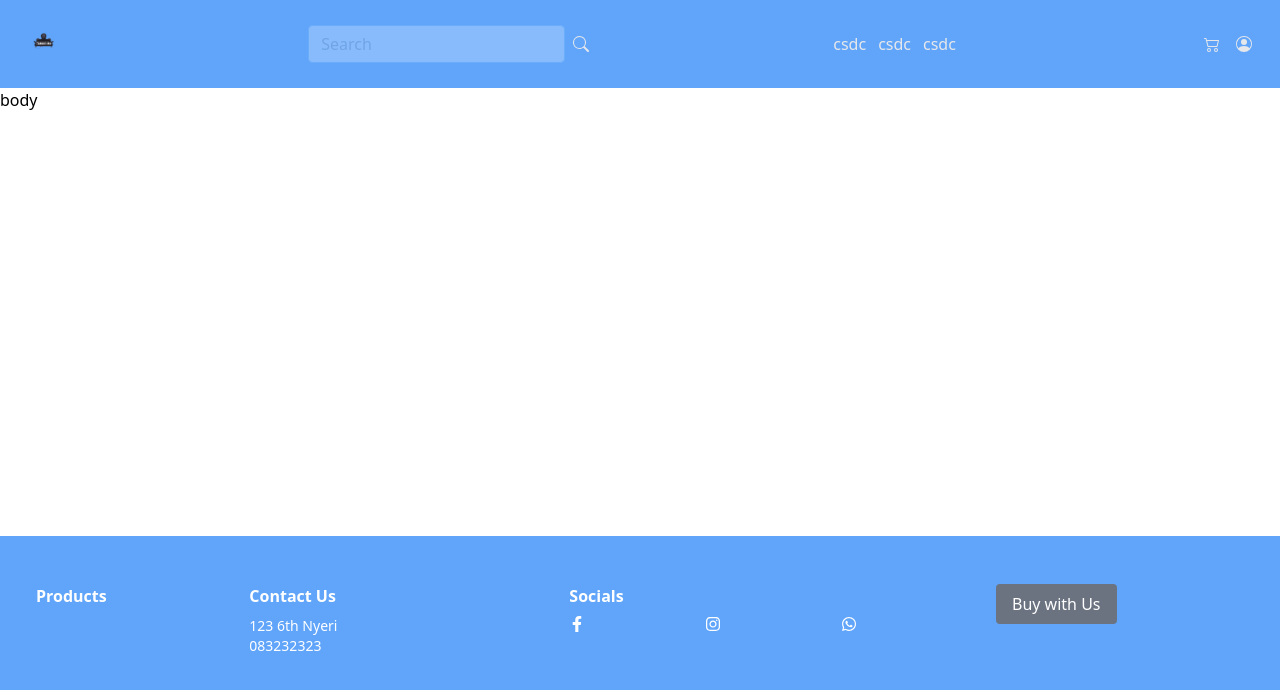
Repository: DevLaukey/Jitu-final
Page: / (app in frontend/)
These files come from the project's save history. The page is drawn as it stood at one moment and after the next save; the edit follows.
The browser window is 1280 px wide. The pictures show the whole page.
The project was rebuilt for these pictures with package versions that can differ from the ones it lists, and the page was loaded fresh each time.

Above is the page before, as saved 2022-07-13 14:34:56.

### frontend/src/index.js
import React from 'react';
import ReactDOM from 'react-dom/client';
import './index.css';
import App from './App';
import {store } from './redux/store';
import {Provider} from 'react-redux';
const root = ReactDOM.createRoot(document.getElementById('root'));
root.render(
  <Provider store={store}>
    <App />
  </Provider>
);

### frontend/src/App.js
import Footer from "./components/Footer";
import Navbar from "./components/Navbar";

function App() {
  return (
    <div className="">
      <Navbar />
      body
      <Footer />
    </div>
  );
}

export default App;

### frontend/src/components/Footer.js
import React from "react";
import { FaFacebookF, FaInstagram, FaWhatsapp } from "react-icons/fa";

function Footer() {
  return (
    <footer class="footer-1 fixed w-full bottom-0 text-white bg-blue-400 py-5 sm:py-12">
        <div class="sm:flex w-full mx-5 justify-between ">
          <div class="sm:w-full px-4 md:w-1/6">
            <strong>Products</strong>
          </div>
          <div class="px-4 sm:w-1/2 md:w-1/4 mt-4 md:mt-0">
            <h6 class="font-bold mb-2">Contact Us</h6>
            <address class="not-italic mb-4 text-sm">
              123 6th Nyeri
              <br />
              083232323
            </address>
          </div>
          <div class="px-4 sm:w-1/2 md:w-1/4 mt-4 md:mt-0">
            <h6 class="font-bold mb-2">Socials</h6>
                      <ul className="flex justify-between">
                          <li><FaFacebookF /></li>
                          <li><FaInstagram /></li>
                          <li><FaWhatsapp /></li>
            </ul>
          </div>
          <div class="px-4 md:w-1/4 md:ml-auto mt-6 sm:mt-4 md:mt-0">
            <button class="px-4 py-2 bg-gray-500 hover:bg-gray-700 rounded text-white">
              Buy with Us
            </button>
          </div>
        </div>
    </footer>
  );
}

export default Footer;

### frontend/src/components/Navbar.js
import React from "react";
import logo from "./logo.jpg";
import { BsCart2, BsPersonCircle, BsSearch } from "react-icons/bs";
function Navbar() {
  return (
    <header className="flex space-x-4 items-center justify-between align-middle  p-4 bg-blue-400">
      <div className="text-center ">
        <img className="aspect-square w-14" src={logo} alt="" />
      </div>
      <div class="flex items-center justify-center">
        <div class="input-group flex  items-stretch w-full  rounded">
          <input
            type="search"
            class="form-control  flex-auto min-w-0 block w-full px-3 py-1.5 text-base font-normal   bg-clip-padding border border-solid border-blue-300 rounded transition ease-in-out m-0 focus:text-white-900 focus:bg-white focus:border-blue-600 focus:outline-none opacity-25"
            placeholder="Search"
            aria-label="Search"
            aria-describedby="button-addon2"
          />
          <span
            class="input-group-text flex items-center px-2 py-1.5 text-base font-normal text-gray-200 text-center whitespace-nowrap rounded"
            id="basic-addon2"
          >
            <BsSearch />
          </span>
        </div>
      </div>
      <div>
        <ul className="hidden text-gray-200 py-1.5 md:flex space-x-3 text-center">
          <li>csdc</li>
          <li>csdc</li>
          <li>csdc</li>
        </ul>
      </div>
      <div class="space-x-4 text-gray-200 flex  px-3 py-2.5  text-center whitespace-nowrap rounded">
        <BsCart2 />
        <BsPersonCircle />
      </div>
    </header>
  );
}

export default Navbar;

Loaded but not shown: frontend/public/index.html (common file); frontend/src/index.css (common file); frontend/src/redux/store.js (common file); frontend/tailwind.config.js (common file)

After the next save:
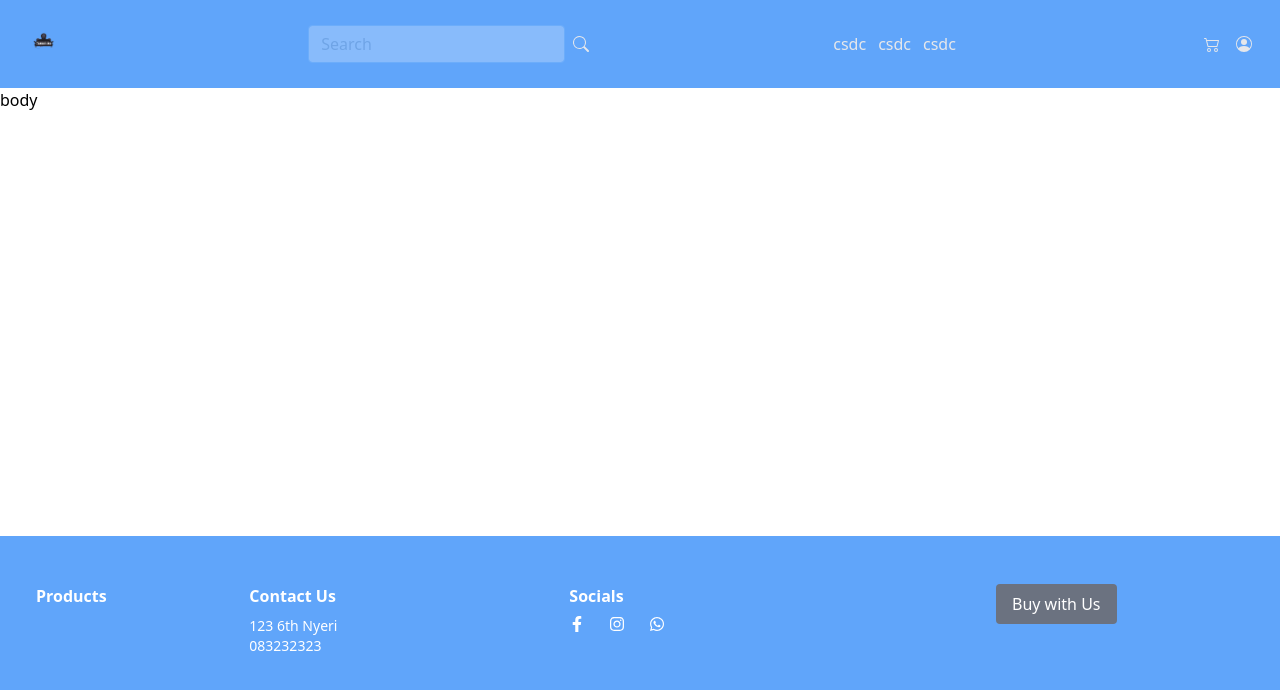
Saved 17 s later.
--- a/frontend/src/components/Footer.js
+++ b/frontend/src/components/Footer.js
@@ -18,7 +18,7 @@ function Footer() {
           </div>
           <div class="px-4 sm:w-1/2 md:w-1/4 mt-4 md:mt-0">
             <h6 class="font-bold mb-2">Socials</h6>
-                      <ul className="flex justify-between">
+                      <ul className="flex space-x-6">
                           <li><FaFacebookF /></li>
                           <li><FaInstagram /></li>
                           <li><FaWhatsapp /></li>
